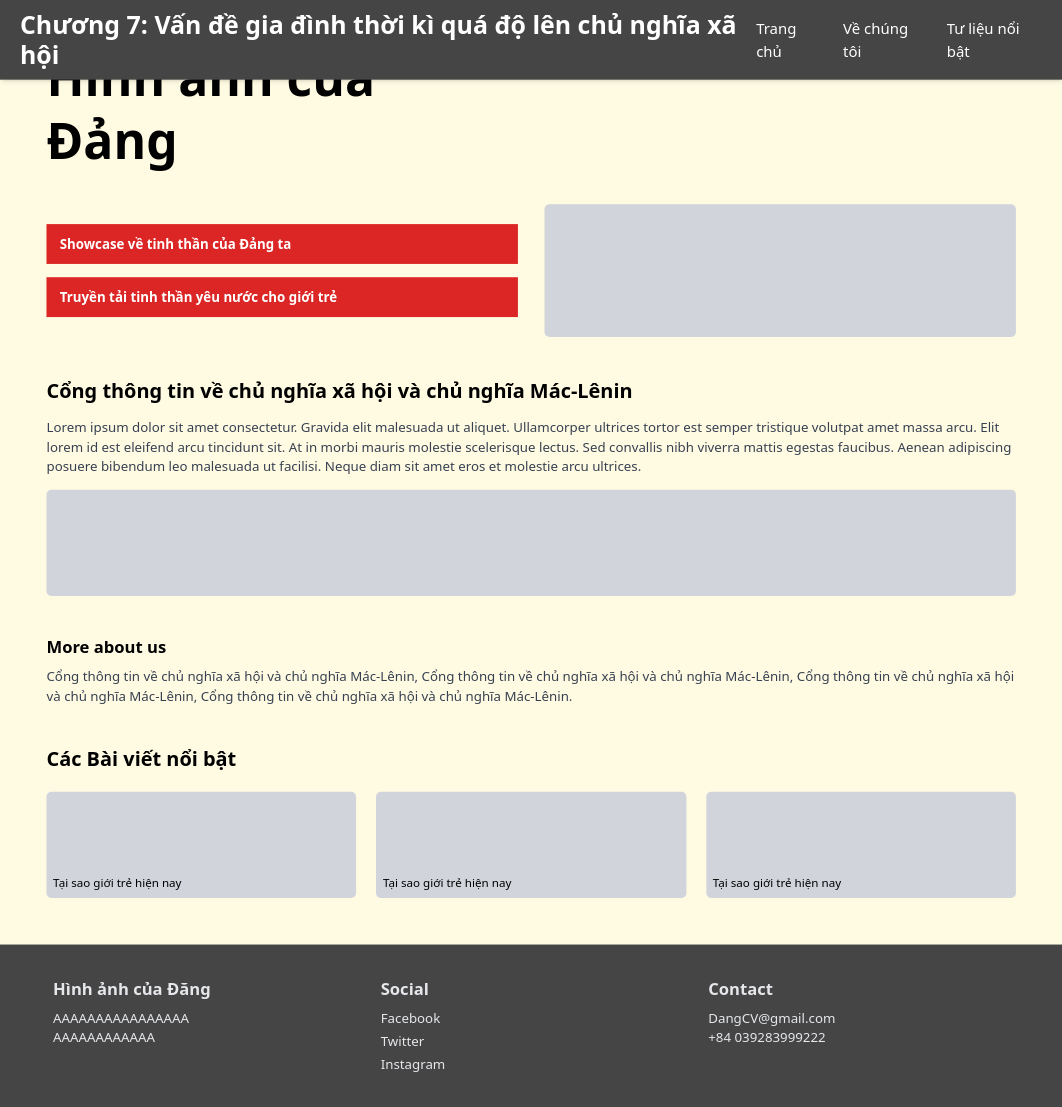
Repository: ultrakhaicraft/PRN232-Website-Showcase
Page: / (app in PRN232/)
The author's editor kept a copy of each file at every save. The page is drawn from the files as they stood at one save, then again after the next save.
The browser window is 1280 px wide. The pictures show the whole page, at 83% of full size.
The project was rebuilt for these pictures with package versions that can differ from the ones it lists, and the page was loaded fresh each time. Also part of the build but not shown: PRN232/vite.config.js, PRN232/src/pages/About.jsx, PRN232/src/pages/News.jsx.

Above is the page before, as saved 2025-09-17 18:54:25.

### PRN232/index.html
<!doctype html>
<html lang="en">
  <head>
    <meta charset="UTF-8" />
    <link rel="icon" type="image/svg+xml" href="/vite.svg" />
    <meta name="viewport" content="width=device-width, initial-scale=1.0" />
    <title>Thuyết trình MLN131</title>
  </head>
  <body>
    <div id="root"></div>
    <script type="module" src="/src/main.jsx"></script>
  </body>
</html>

### PRN232/src/main.jsx
import React from 'react'
import ReactDOM from 'react-dom/client'
import App from './App.jsx'
import './index.css'   // phải có dòng này

ReactDOM.createRoot(document.getElementById('root')).render(
  <React.StrictMode>
    <App />
  </React.StrictMode>,
)

### PRN232/src/App.jsx
import React from "react";
import { BrowserRouter as Router, Routes, Route } from "react-router-dom";

import Homepage from "./pages/HomePage";
import About from "./pages/About";
import News from "./pages/News";
import Navbar from "./components/Narbar";
import Footer from "./components/Footer";

function App() {
  return (
    <Router>
      <div className="flex flex-col min-h-screen">
        {/* Navbar */}
        <Navbar />

        {/* Nội dung page */}
        <main className="flex-grow p-6">
          <Routes>
            <Route path="/" element={<Homepage />} />
            <Route path="/about" element={<About />} />
            <Route path="/news" element={<News />} />
          </Routes>
        </main>

        {/* Footer (optional) */}
        <Footer/>
      </div>
    </Router>
  );
}

export default App;

### PRN232/src/index.css
@tailwind base;
@tailwind components;
@tailwind utilities;

body {
  @apply bg-[#FFFAE2];
}

### PRN232/src/pages/HomePage.jsx
import React from "react";

function Homepage() {
  return (
    <div className="bg-[#FFFAE2] min-h-screen p-8">
      {/* Tiêu đề */}
      <h1 className="mb-10 text-6xl font-extrabold leading-tight">
        Hình ảnh của <br /> Đảng
      </h1>

      {/* Showcase */}
      <div className="grid items-center gap-8 mb-12 md:grid-cols-2">
        <div>
          <div className="px-4 py-3 mb-4 font-semibold text-white bg-red-600">
            Showcase về tinh thần của Đảng ta
          </div>
          <div className="px-4 py-3 font-semibold text-white bg-red-600">
            Truyền tải tinh thần yêu nước cho giới trẻ
          </div>
        </div>
        <div className="h-40 bg-gray-300 rounded-md"></div>
      </div>

      {/* Thông tin giới thiệu */}
      <section className="mb-12">
        <h2 className="mb-4 text-2xl font-bold">
          Cổng thông tin về chủ nghĩa xã hội và chủ nghĩa Mác-Lênin
        </h2>
        <p className="mb-4 text-gray-700">
          Lorem ipsum dolor sit amet consectetur. Gravida elit malesuada ut
          aliquet. Ullamcorper ultrices tortor est semper tristique volutpat
          amet massa arcu. Elit lorem id est eleifend arcu tincidunt sit. At in
          morbi mauris molestie scelerisque lectus. Sed convallis nibh viverra
          mattis egestas faucibus. Aenean adipiscing posuere bibendum leo
          malesuada ut facilisi. Neque diam sit amet eros et molestie arcu
          ultrices.
        </p>
        <div className="h-32 bg-gray-300 rounded-md"></div>
      </section>

      {/* More about us */}
      <section className="mb-12">
        <h2 className="mb-2 text-xl font-bold">More about us</h2>
        <p className="text-gray-700">
          Cổng thông tin về chủ nghĩa xã hội và chủ nghĩa Mác-Lênin,
          Cổng thông tin về chủ nghĩa xã hội và chủ nghĩa Mác-Lênin,
          Cổng thông tin về chủ nghĩa xã hội và chủ nghĩa Mác-Lênin,
          Cổng thông tin về chủ nghĩa xã hội và chủ nghĩa Mác-Lênin.
        </p>
      </section>

      {/* Bài viết nổi bật */}
      <section>
        <h2 className="mb-6 text-2xl font-bold">Các Bài viết nổi bật</h2>
        <div className="grid gap-6 md:grid-cols-3">
          <div className="flex items-end h-32 p-2 text-sm bg-gray-300 rounded-md">
            Tại sao giới trẻ hiện nay
          </div>
          <div className="flex items-end h-32 p-2 text-sm bg-gray-300 rounded-md">
            Tại sao giới trẻ hiện nay
          </div>
          <div className="flex items-end h-32 p-2 text-sm bg-gray-300 rounded-md">
            Tại sao giới trẻ hiện nay
          </div>
        </div>
      </section>
    </div>
  );
}

export default Homepage;

### PRN232/src/components/Narbar.jsx
import React from "react";
import { Link } from "react-router-dom";

function Navbar() {
  return (
    <nav className="fixed top-0 left-0 w-full flex items-center justify-between px-6 py-3 text-white bg-[#454545] shadow-md z-50">
      {/* Logo */}
      <div className="text-3xl font-bold">
        <Link to="/">Chương 7: Vấn đề gia đình thời kì quá độ lên chủ nghĩa xã hội</Link>
      </div>

      {/* Menu */}
      <div className="flex justify-center gap-6 text-lg">
        <Link to="/" className="hover:text-blue-400">Trang chủ</Link>
        <Link to="/about" className="hover:text-blue-400">Về chúng tôi</Link>
        <Link to="/news" className="hover:text-blue-400">Tư liệu nổi bật</Link>
      </div>
    </nav>
  );
}

export default Navbar;

### PRN232/src/components/Footer.jsx
import React from "react";

function Footer() {
  return (
    <footer className="px-6 py-10 text-gray-200 bg-[#454545]">
      <div className="grid max-w-6xl grid-cols-1 gap-8 mx-auto md:grid-cols-3">

        {/* Cột 1 */}
        <div>
          <h2 className="mb-2 text-xl font-bold">Hình ảnh của Đăng</h2>
          <p>
            AAAAAAAAAAAAAAAA <br />
            AAAAAAAAAAAA
          </p>
        </div>

        {/* Cột 2 */}
        <div>
          <h2 className="mb-2 text-xl font-bold">Social</h2>
          <ul className="space-y-1">
            <li><a href="#" className="hover:text-blue-400">Facebook</a></li>
            <li><a href="#" className="hover:text-blue-400">Twitter</a></li>
            <li><a href="#" className="hover:text-blue-400">Instagram</a></li>
          </ul>
        </div>

        {/* Cột 3 */}
        <div>
          <h2 className="mb-2 text-xl font-bold">Contact</h2>
          <p>DangCV@gmail.com</p>
          <p>+84 039283999222</p>
        </div>
      </div>
    </footer>
  );
}

export default Footer;

### PRN232/tailwind.config.js
/** @type {import('tailwindcss').Config} */
export default {
  content: [
    "./index.html",
    "./src/**/*.{js,ts,jsx,tsx}",   // rất quan trọng
  ],
  theme: {
    extend: {},
  },
  plugins: [],
};

After the next save:
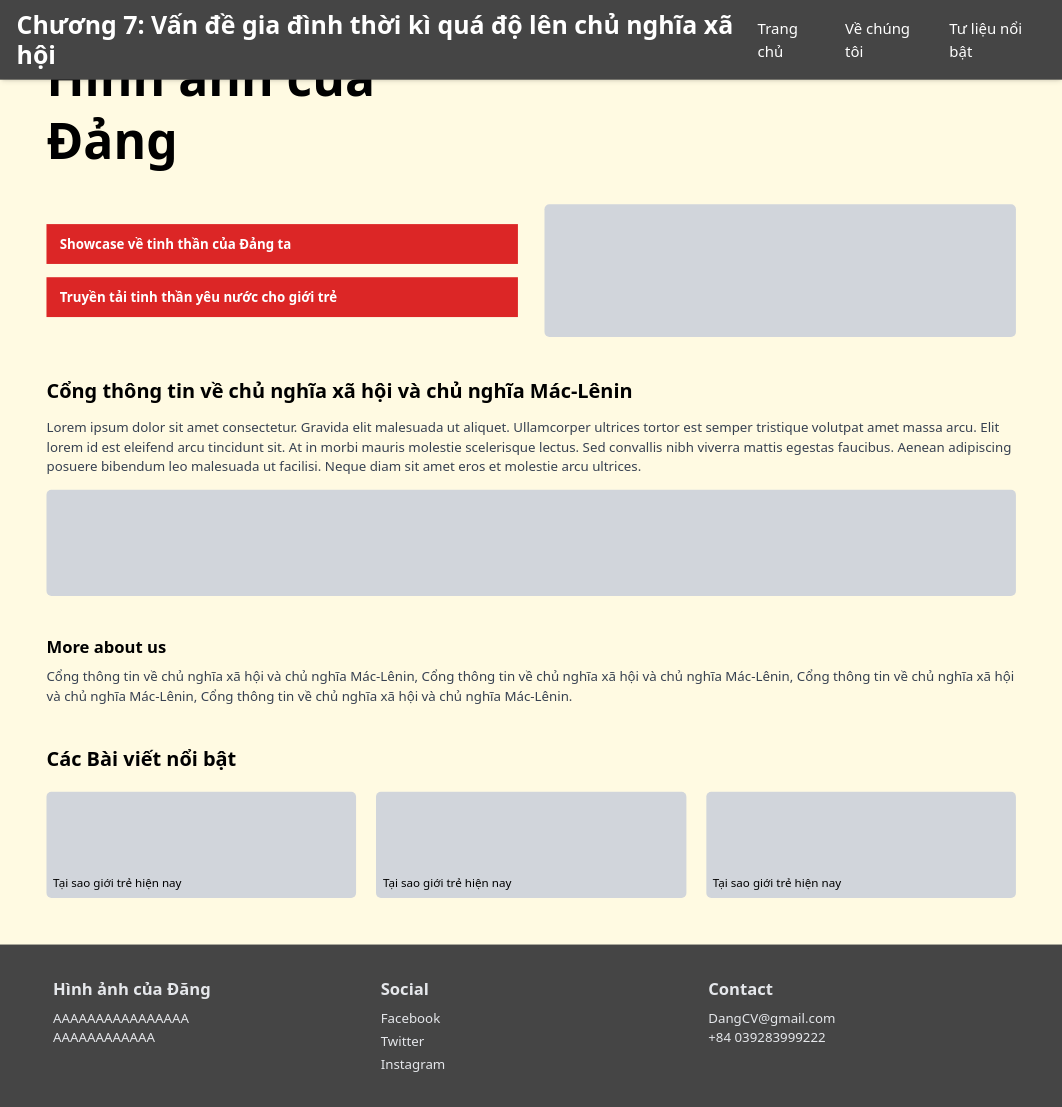
Saved 7 s later.
--- a/PRN232/src/components/Narbar.jsx
+++ b/PRN232/src/components/Narbar.jsx
@@ -3,7 +3,7 @@ import { Link } from "react-router-dom";
 
 function Navbar() {
   return (
-    <nav className="fixed top-0 left-0 w-full flex items-center justify-between px-6 py-3 text-white bg-[#454545] shadow-md z-50">
+    <nav className="fixed top-0 left-0 w-full flex items-center justify-between px-5 py-3 text-white bg-[#454545] shadow-md z-50">
       {/* Logo */}
       <div className="text-3xl font-bold">
         <Link to="/">Chương 7: Vấn đề gia đình thời kì quá độ lên chủ nghĩa xã hội</Link>
